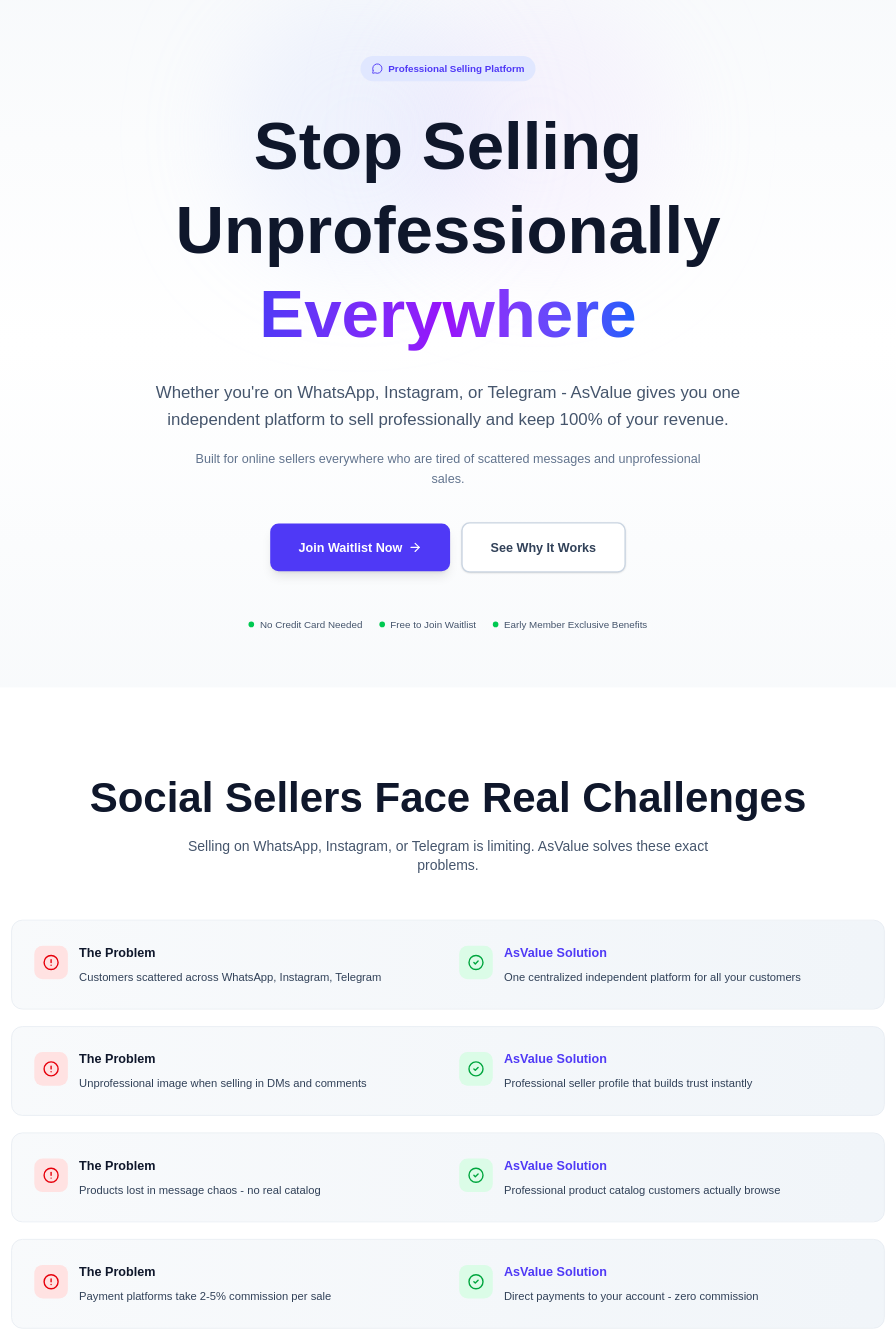
Repository: vikkii2005/asvalue-waitlist
Page: /
The author's editor kept a copy of each file at every save. The page is drawn from the files as they stood at one save, then again after the next save.
The browser window is 1280 px wide. The pictures show the part of the page from y = 0 to 1920 px (the page is 5577 px tall before and 5886 px after), at 70% of full size.
The page's requests for data from a server got no answer. The project was rebuilt for these pictures with package versions that can differ from the ones it lists, and the page was loaded fresh each time. The framework's server and built-in components were replaced by stand-ins that run in the browser. No one was signed in, and anything a server would have sent is missing. Also part of the build but not shown: next.config.ts, components/ReferralDashboard.tsx.

Above is the page before, as saved 2025-10-31 10:07:39.

### app/layout.tsx
import { Analytics } from '@vercel/analytics/react'
import type { Metadata } from 'next'
import type { ReactNode } from 'react'
import './globals.css'

export const metadata: Metadata = {
  title: 'AsValue - Professional WhatsApp Business Platform',
  description: 'Sell professionally on WhatsApp with automated templates, order tracking, and zero commission. Join the waitlist today.',
  openGraph: {
    title: 'AsValue - Professional WhatsApp Selling',
    description: 'Zero commission WhatsApp selling platform',
    url: 'https://asvalue.com',
  },
}

export default function RootLayout({
  children,
}: {
  children: ReactNode
}) {
  return (
    <html lang="en" suppressHydrationWarning>
      <head>
        <meta charSet="utf-8" />
        <meta name="viewport" content="width=device-width, initial-scale=1" />
      </head>
      <body className="antialiased bg-white text-slate-900">
        {children}
        <Analytics />
      </body>
    </html>
  )
}

### app/page.tsx
import Hero from '@/components/Hero'
import ProblemSolution from '@/components/ProblemSolution'
import Features from '@/components/Features'
import WaitlistForm from '@/components/WaitlistForm'

export default function Home() {
  return (
    <main className="min-h-screen bg-white">
      <Hero />
      <ProblemSolution />
      <Features />
      <WaitlistForm />

      {/* Footer */}
      <footer className="bg-slate-900 text-white py-16 px-4">
        <div className="max-w-6xl mx-auto">
          <div className="grid md:grid-cols-3 gap-12 mb-12">
            <div>
              <h3 className="text-2xl font-bold mb-4 bg-linear-to-r from-indigo-400 to-purple-400 bg-clip-text text-transparent">
                AsValue
              </h3>
              <p className="text-slate-400">
                Professional platform for selling online. Zero commission. Built for your success.
              </p>
            </div>
            <div>
              <h4 className="font-semibold mb-4 text-white">Features</h4>
              <ul className="text-slate-400 space-y-2 text-sm">
                <li>• Seller Profiles</li>
                <li>• Chat Platform</li>
                <li>• Order Management</li>
                <li>• Analytics</li>
              </ul>
            </div>
            <div>
              <h4 className="font-semibold mb-4 text-white">Company</h4>
              <ul className="text-slate-400 space-y-2 text-sm">
                <li>• Privacy Policy</li>
                <li>• Terms of Service</li>
                <li>• Contact Us</li>
              </ul>
            </div>
          </div>
          <div className="border-t border-slate-800 pt-8 text-center">
            <p className="text-slate-500 text-sm">
              © 2025 AsValue. All rights reserved.
            </p>
          </div>
        </div>
      </footer>
    </main>
  )
}

### components/Hero.tsx
'use client'

import { ArrowRight, MessageCircle } from 'lucide-react'

export default function Hero() {
  return (
    <section className="relative min-h-screen flex items-center justify-center bg-linear-to-b from-slate-50 via-white to-slate-50 px-4 py-20 overflow-hidden">
      {/* Background Gradient Orbs */}
      <div className="absolute top-0 left-1/4 w-96 h-96 bg-indigo-200 rounded-full mix-blend-multiply filter blur-3xl opacity-20 animate-blob"></div>
      <div className="absolute top-0 right-1/4 w-96 h-96 bg-purple-200 rounded-full mix-blend-multiply filter blur-3xl opacity-20 animate-blob animation-delay-2000"></div>

      <div className="relative max-w-6xl mx-auto w-full">
        {/* Main Content */}
        <div className="text-center max-w-5xl mx-auto">
          <div className="inline-flex items-center gap-2 bg-indigo-100 px-4 py-2 rounded-full mb-8">
            <MessageCircle className="w-4 h-4 text-indigo-600" />
            <span className="text-sm font-semibold text-indigo-600">Professional Selling Platform</span>
          </div>

          <h1 className="text-6xl md:text-7xl lg:text-8xl font-bold text-slate-900 mb-8 leading-tight">
            Stop Selling Unprofessionally
            <br />
            <span className="bg-linear-to-r from-indigo-600 via-purple-600 to-blue-600 bg-clip-text text-transparent">
              Everywhere
            </span>
          </h1>

          <p className="text-lg md:text-2xl text-slate-600 mb-6 max-w-4xl mx-auto leading-relaxed">
            Whether you're on WhatsApp, Instagram, or Telegram - AsValue gives you one independent platform to sell professionally and keep 100% of your revenue.
          </p>

          <p className="text-lg text-slate-500 mb-12 max-w-3xl mx-auto">
            Built for online sellers everywhere who are tired of scattered messages and unprofessional sales.
          </p>

          {/* CTA Buttons */}
          <div className="flex flex-col sm:flex-row items-center justify-center gap-4 mb-16">
            <button
              onClick={() => document.getElementById('waitlist-form')?.scrollIntoView({ behavior: 'smooth' })}
              className="group bg-indigo-600 hover:bg-indigo-700 text-white px-10 py-5 rounded-xl font-semibold text-lg flex items-center gap-2 transition-all shadow-lg hover:shadow-xl transform hover:scale-105"
            >
              Join Waitlist Now
              <ArrowRight className="w-5 h-5 group-hover:translate-x-1 transition-transform" />
            </button>
            <button
              onClick={() => document.getElementById('problems')?.scrollIntoView({ behavior: 'smooth' })}
              className="bg-white hover:bg-slate-50 text-slate-700 border-2 border-slate-300 px-10 py-5 rounded-xl font-semibold text-lg transition-all shadow-sm hover:shadow-md"
            >
              See Why It Works
            </button>
          </div>

          {/* Trust Indicators */}
          <div className="flex flex-col sm:flex-row items-center justify-center gap-6 text-sm text-slate-600">
            <div className="flex items-center gap-2">
              <div className="w-2 h-2 bg-green-500 rounded-full"></div>
              <span>No Credit Card Needed</span>
            </div>
            <div className="flex items-center gap-2">
              <div className="w-2 h-2 bg-green-500 rounded-full"></div>
              <span>Free to Join Waitlist</span>
            </div>
            <div className="flex items-center gap-2">
              <div className="w-2 h-2 bg-green-500 rounded-full"></div>
              <span>Early Member Exclusive Benefits</span>
            </div>
          </div>
        </div>
      </div>
    </section>
  )
}

### components/ProblemSolution.tsx
import { AlertCircle, CheckCircle2 } from 'lucide-react'

const problems = [
  {
    problem: 'Customers scattered across WhatsApp, Instagram, Telegram',
    solution: 'One centralized independent platform for all your customers'
  },
  {
    problem: 'Unprofessional image when selling in DMs and comments',
    solution: 'Professional seller profile that builds trust instantly'
  },
  {
    problem: 'Products lost in message chaos - no real catalog',
    solution: 'Professional product catalog customers actually browse'
  },
  {
    problem: 'Payment platforms take 2-5% commission per sale',
    solution: 'Direct payments to your account - zero commission'
  },
  {
    problem: 'No way to track orders or manage inventory across platforms',
    solution: 'Complete dashboard for inventory and order management'
  },
  {
    problem: 'Customers asking same questions repeatedly',
    solution: 'Automated templates save hours and scale your sales'
  }
]

export default function ProblemSolution() {
  return (
    <section id="problems" className="py-32 px-4 bg-white">
      <div className="max-w-7xl mx-auto">
        <div className="text-center mb-16">
          <h2 className="text-5xl md:text-6xl font-bold text-slate-900 mb-6">
            Social Sellers Face Real Challenges
          </h2>
          <p className="text-xl text-slate-600 max-w-3xl mx-auto">
            Selling on WhatsApp, Instagram, or Telegram is limiting. AsValue solves these exact problems.
          </p>
        </div>

        <div className="space-y-6">
          {problems.map((item, index) => (
            <div
              key={index}
              className="grid md:grid-cols-2 gap-8 bg-gradient-to-r from-slate-50 to-slate-100 rounded-2xl p-8 border border-slate-200 hover:border-indigo-300 hover:shadow-lg transition-all"
            >
              {/* Problem */}
              <div className="flex gap-4">
                <div className="shrink-0 pt-1">
                  <div className="w-12 h-12 bg-red-100 rounded-xl flex items-center justify-center">
                    <AlertCircle className="w-6 h-6 text-red-600" />
                  </div>
                </div>
                <div>
                  <p className="font-semibold text-slate-900 text-lg mb-2">The Problem</p>
                  <p className="text-slate-700 text-base leading-relaxed">{item.problem}</p>
                </div>
              </div>

              {/* Solution */}
              <div className="flex gap-4">
                <div className="shrink-0 pt-1">
                  <div className="w-12 h-12 bg-green-100 rounded-xl flex items-center justify-center">
                    <CheckCircle2 className="w-6 h-6 text-green-600" />
                  </div>
                </div>
                <div>
                  <p className="font-semibold text-indigo-600 text-lg mb-2">AsValue Solution</p>
                  <p className="text-slate-700 text-base leading-relaxed">{item.solution}</p>
                </div>
              </div>
            </div>
          ))}
        </div>

        {/* Stats */}
        <div className="grid grid-cols-1 md:grid-cols-4 gap-8 mt-20">
          <div className="text-center p-8 bg-slate-50 rounded-xl border border-slate-200">
            <div className="text-5xl font-bold text-indigo-600 mb-2">∞</div>
            <div className="text-slate-700 font-medium">Scale Unlimited</div>
          </div>
          <div className="text-center p-8 bg-slate-50 rounded-xl border border-slate-200">
            <div className="text-5xl font-bold text-indigo-600 mb-2">5hrs</div>
            <div className="text-slate-700 font-medium">Saved Daily</div>
          </div>
          <div className="text-center p-8 bg-slate-50 rounded-xl border border-slate-200">
            <div className="text-5xl font-bold text-indigo-600 mb-2">0%</div>
            <div className="text-slate-700 font-medium">Commission on Sales</div>
          </div>
          <div className="text-center p-8 bg-slate-50 rounded-xl border border-slate-200">
            <div className="text-5xl font-bold text-indigo-600 mb-2">100%</div>
            <div className="text-slate-700 font-medium">Your Revenue</div>
          </div>
        </div>
      </div>
    </section>
  )
}

### components/Features.tsx
import { Instagram, MessageSquare, Zap, Package, Shield, Smartphone, TrendingUp, BarChart3 } from 'lucide-react'

const features = [
  {
    icon: Instagram,
    title: 'Professional Seller Profile',
    description: 'Display your complete product catalog beautifully. Customers browse everything in one place without asking "what do you have?"'
  },
  {
    icon: MessageSquare,
    title: 'Organized Chat Platform',
    description: 'All customer conversations in one dashboard. Never lose a message again from WhatsApp, Instagram, or Telegram.'
  },
  {
    icon: Zap,
    title: 'Message Automation',
    description: 'Save time with pre-written templates for orders, payments, and updates. Send bulk messages instantly.'
  },
  {
    icon: Package,
    title: 'Complete Order Management',
    description: 'Track every order from placement to delivery. Send automatic status updates. Manage inventory from one dashboard.'
  },
  {
    icon: Shield,
    title: 'Zero Commission Model',
    description: 'Keep every rupee you earn. We charge only a simple monthly subscription. No hidden fees. Direct payments to your account.'
  },
  {
    icon: Smartphone,
    title: 'Mobile-First Business',
    description: 'Run your entire business from your phone. Upload products, track orders, manage customers - all mobile native.'
  },
  {
    icon: TrendingUp,
    title: 'Customer Loyalty System',
    description: 'Customers follow your profile and get notified about new products. Build repeat business automatically.'
  },
  {
    icon: BarChart3,
    title: 'Real-Time Analytics',
    description: 'See which products sell best, peak order times, revenue trends. Make smart decisions based on data.'
  }
]

export default function Features() {
  return (
    <section id="features" className="py-32 px-4 bg-linear-to-b from-slate-50 to-white">
      <div className="max-w-7xl mx-auto">
        <div className="text-center mb-16">
          <h2 className="text-5xl md:text-6xl font-bold text-slate-900 mb-6">
            Everything You Need to Succeed
          </h2>
          <p className="text-xl text-slate-600 max-w-3xl mx-auto">
            All the tools professional online businesses need. All in one independent platform.
          </p>
        </div>

        <div className="grid md:grid-cols-2 gap-8">
          {features.map((feature, index) => (
            <div
              key={index}
              className="bg-white p-8 rounded-2xl border border-slate-200 hover:border-indigo-300 hover:shadow-xl transition-all group"
            >
              <div className="shrink-0 mb-6">
                <div className="w-16 h-16 bg-linear-to-br from-indigo-500 to-purple-600 rounded-2xl flex items-center justify-center group-hover:scale-110 transition-transform">
                  <feature.icon className="w-8 h-8 text-white" />
                </div>
              </div>
              <h3 className="text-2xl font-bold text-slate-900 mb-3">{feature.title}</h3>
              <p className="text-slate-600 text-lg leading-relaxed">{feature.description}</p>
            </div>
          ))}
        </div>
      </div>
    </section>
  )
}

### lib/supabase.ts
import { createClient, SupabaseClient } from '@supabase/supabase-js'

const supabaseUrl = process.env.NEXT_PUBLIC_SUPABASE_URL
const supabaseAnonKey = process.env.NEXT_PUBLIC_SUPABASE_ANON_KEY

// Properly typed Supabase client
const supabase: SupabaseClient | null =
  typeof window !== 'undefined' && supabaseUrl && supabaseAnonKey
    ? createClient(supabaseUrl, supabaseAnonKey)
    : null

export { supabase }

Loaded but not shown: app/globals.css (common file); components/WaitlistForm.tsx (235 lines, source omitted)

After the next save:
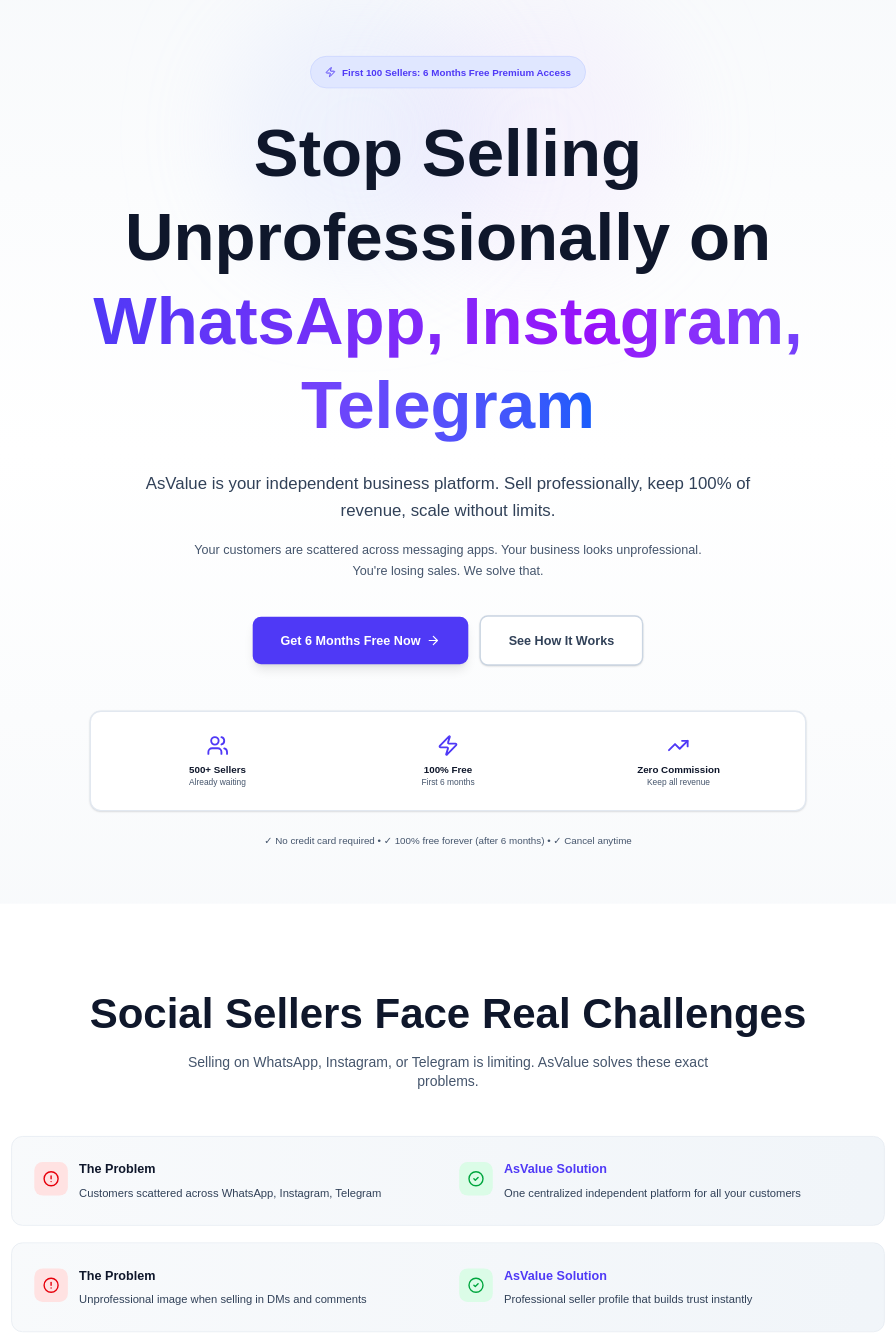
Saved 89 s later.
--- a/components/Hero.tsx
+++ b/components/Hero.tsx
@@ -1,69 +1,82 @@
 'use client'
 
-import { ArrowRight, MessageCircle } from 'lucide-react'
+import { ArrowRight, MessageCircle, Zap, Users, TrendingUp } from 'lucide-react'
 
 export default function Hero() {
   return (
     <section className="relative min-h-screen flex items-center justify-center bg-linear-to-b from-slate-50 via-white to-slate-50 px-4 py-20 overflow-hidden">
-      {/* Background Gradient Orbs */}
-      <div className="absolute top-0 left-1/4 w-96 h-96 bg-indigo-200 rounded-full mix-blend-multiply filter blur-3xl opacity-20 animate-blob"></div>
-      <div className="absolute top-0 right-1/4 w-96 h-96 bg-purple-200 rounded-full mix-blend-multiply filter blur-3xl opacity-20 animate-blob animation-delay-2000"></div>
+      {/* Animated Background Orbs */}
+      <div className="absolute top-0 left-1/4 w-96 h-96 bg-indigo-200 rounded-full mix-blend-multiply filter blur-3xl opacity-20 animate-blob" />
+      <div className="absolute top-0 right-1/4 w-96 h-96 bg-purple-200 rounded-full mix-blend-multiply filter blur-3xl opacity-20 animate-blob animation-delay-2000" />
 
       <div className="relative max-w-6xl mx-auto w-full">
-        {/* Main Content */}
         <div className="text-center max-w-5xl mx-auto">
-          <div className="inline-flex items-center gap-2 bg-indigo-100 px-4 py-2 rounded-full mb-8">
-            <MessageCircle className="w-4 h-4 text-indigo-600" />
-            <span className="text-sm font-semibold text-indigo-600">Professional Selling Platform</span>
+          {/* Badge */}
+          <div className="inline-flex items-center gap-2 bg-indigo-100 px-5 py-3 rounded-full mb-8 border border-indigo-200">
+            <Zap className="w-4 h-4 text-indigo-600" />
+            <span className="text-sm font-bold text-indigo-600">First 100 Sellers: 6 Months Free Premium Access</span>
           </div>
 
+          {/* Main Headline */}
           <h1 className="text-6xl md:text-7xl lg:text-8xl font-bold text-slate-900 mb-8 leading-tight">
-            Stop Selling Unprofessionally
+            Stop Selling Unprofessionally on
             <br />
             <span className="bg-linear-to-r from-indigo-600 via-purple-600 to-blue-600 bg-clip-text text-transparent">
-              Everywhere
+              WhatsApp, Instagram, Telegram
             </span>
           </h1>
 
-          <p className="text-lg md:text-2xl text-slate-600 mb-6 max-w-4xl mx-auto leading-relaxed">
-            Whether you're on WhatsApp, Instagram, or Telegram - AsValue gives you one independent platform to sell professionally and keep 100% of your revenue.
+          {/* Subheading with Value Prop */}
+          <p className="text-lg md:text-2xl text-slate-700 mb-6 max-w-4xl mx-auto leading-relaxed font-medium">
+            AsValue is your independent business platform. Sell professionally, keep 100% of revenue, scale without limits.
           </p>
 
-          <p className="text-lg text-slate-500 mb-12 max-w-3xl mx-auto">
-            Built for online sellers everywhere who are tired of scattered messages and unprofessional sales.
+          {/* Problem to Solution */}
+          <p className="text-base md:text-lg text-slate-600 mb-12 max-w-3xl mx-auto leading-relaxed">
+            Your customers are scattered across messaging apps. Your business looks unprofessional. You're losing sales. We solve that.
           </p>
 
-          {/* CTA Buttons */}
+          {/* CTA Section */}
           <div className="flex flex-col sm:flex-row items-center justify-center gap-4 mb-16">
             <button
               onClick={() => document.getElementById('waitlist-form')?.scrollIntoView({ behavior: 'smooth' })}
-              className="group bg-indigo-600 hover:bg-indigo-700 text-white px-10 py-5 rounded-xl font-semibold text-lg flex items-center gap-2 transition-all shadow-lg hover:shadow-xl transform hover:scale-105"
+              className="group bg-indigo-600 hover:bg-indigo-700 text-white px-10 py-5 rounded-xl font-bold text-lg flex items-center gap-2 transition-all shadow-lg hover:shadow-2xl transform hover:scale-105 active:scale-95"
             >
-              Join Waitlist Now
+              Get 6 Months Free Now
               <ArrowRight className="w-5 h-5 group-hover:translate-x-1 transition-transform" />
             </button>
             <button
               onClick={() => document.getElementById('problems')?.scrollIntoView({ behavior: 'smooth' })}
-              className="bg-white hover:bg-slate-50 text-slate-700 border-2 border-slate-300 px-10 py-5 rounded-xl font-semibold text-lg transition-all shadow-sm hover:shadow-md"
+              className="bg-white hover:bg-slate-50 text-slate-700 border-2 border-slate-300 px-10 py-5 rounded-xl font-bold text-lg transition-all shadow-sm hover:shadow-md active:scale-95"
             >
-              See Why It Works
+              See How It Works
             </button>
           </div>
 
-          {/* Trust Indicators */}
-          <div className="flex flex-col sm:flex-row items-center justify-center gap-6 text-sm text-slate-600">
-            <div className="flex items-center gap-2">
-              <div className="w-2 h-2 bg-green-500 rounded-full"></div>
-              <span>No Credit Card Needed</span>
+          {/* Trust Indicators - Enterprise Style */}
+          <div className="bg-white rounded-2xl border-2 border-slate-200 p-8 mb-8 shadow-sm">
+            <div className="grid grid-cols-3 gap-6 md:gap-8">
+              <div className="text-center">
+                <Users className="w-8 h-8 text-indigo-600 mx-auto mb-2" />
+                <p className="text-sm font-bold text-slate-900">500+ Sellers</p>
+                <p className="text-xs text-slate-600">Already waiting</p>
+              </div>
+              <div className="text-center">
+                <Zap className="w-8 h-8 text-indigo-600 mx-auto mb-2" />
+                <p className="text-sm font-bold text-slate-900">100% Free</p>
+                <p className="text-xs text-slate-600">First 6 months</p>
+              </div>
+              <div className="text-center">
+                <TrendingUp className="w-8 h-8 text-indigo-600 mx-auto mb-2" />
+                <p className="text-sm font-bold text-slate-900">Zero Commission</p>
+                <p className="text-xs text-slate-600">Keep all revenue</p>
+              </div>
             </div>
-            <div className="flex items-center gap-2">
-              <div className="w-2 h-2 bg-green-500 rounded-full"></div>
-              <span>Free to Join Waitlist</span>
-            </div>
-            <div className="flex items-center gap-2">
-              <div className="w-2 h-2 bg-green-500 rounded-full"></div>
-              <span>Early Member Exclusive Benefits</span>
-            </div>
+          </div>
+
+          {/* Safety Message */}
+          <div className="text-sm text-slate-600">
+            ✓ No credit card required  •  ✓ 100% free forever (after 6 months)  •  ✓ Cancel anytime
           </div>
         </div>
       </div>
